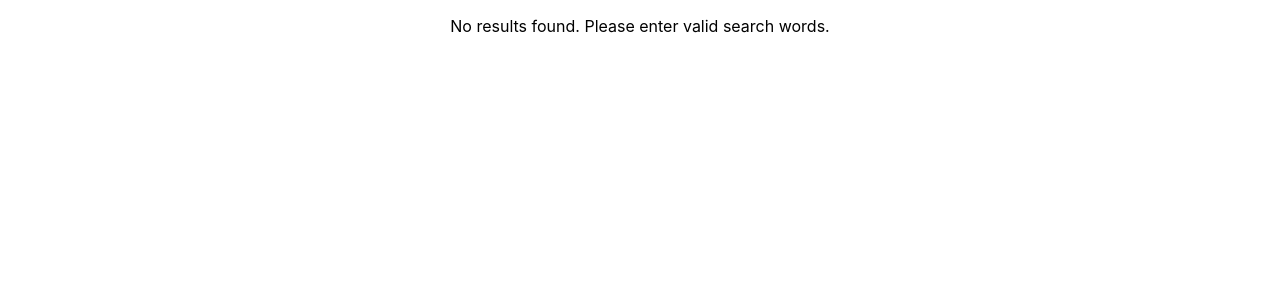
Repository: LolaSL/Ravenous
Page: /
An editor plug-in stored every save of this project. The page is shown before and after the next save, followed by the edit.
The browser window is 1280 px wide. The pictures show the whole page.
The project was rebuilt for these pictures with package versions that can differ from the ones it lists, and the page was loaded fresh each time. Also part of the build but not shown: src/Business/Business.css, src/Business/Business.js.

Above is the page before, as saved 2024-03-23 19:14:13.

After the next save:
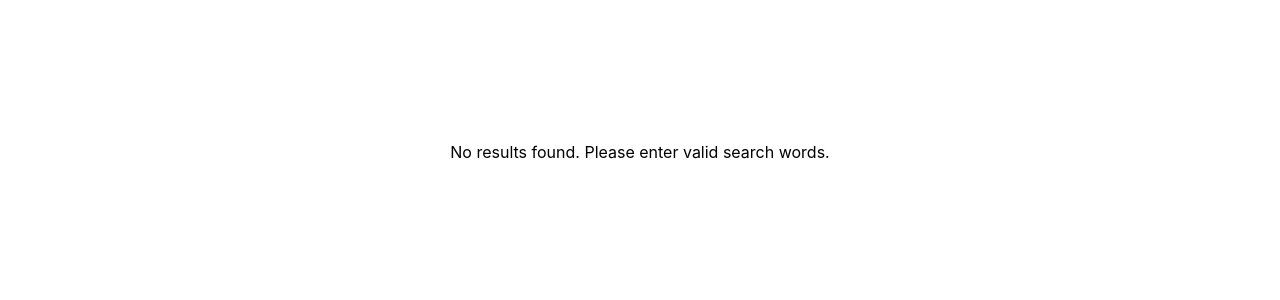
Saved 30 s later.
--- a/src/BusinessList/BusinessList.css
+++ b/src/BusinessList/BusinessList.css
@@ -1,9 +1,13 @@
 /* BusinessList.css */
-.business-list {
+#business-list {
   display: flex;
+  box-sizing: border-box;
+  width: 100%;
+  min-height: 15rem;
+  margin: 2rem auto;
+  padding: 1rem 5rem;
+  align-items: center;
   flex-wrap: wrap;
-  justify-content: space-around;
-  margin: 0 auto;
-  max-width: 1200px;
-  padding: 20px;
+  justify-content: center;
+  background-color: white;
 }
